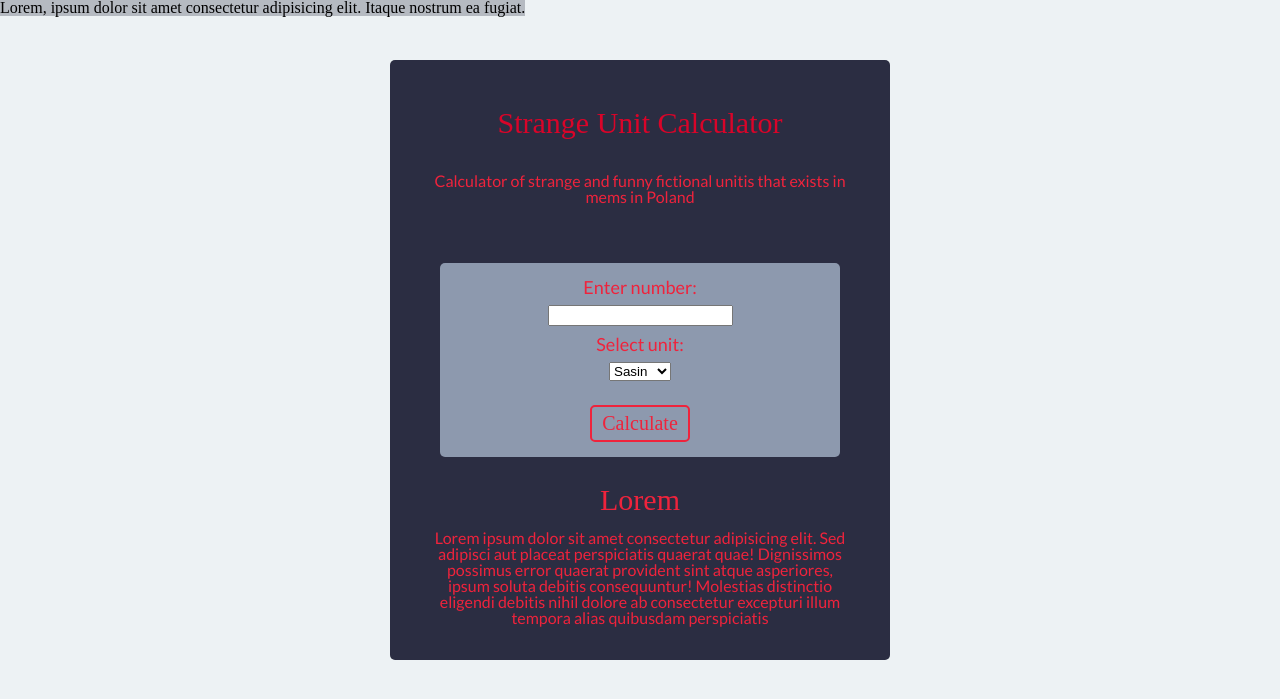
Repository: Gibon9/Calc2
Page: index.html
These files come from the project's save history. The page is drawn as it stood at one moment and after the next save; the edit follows.
The browser window is 1280 px wide. The pictures show the whole page.
Some web fonts or font styles are not loaded; a fallback is used.

Above is the page before, as saved 2020-11-25 12:28:23.

### index.html
<!DOCTYPE html>
<html lang="en">
  <head>
    <meta charset="UTF-8" />
    <meta name="viewport" content="width=device-width, initial-scale=1.0" />
    <link rel="stylesheet" href="./styles/reset.css" />
    <link rel="stylesheet" href="./styles/style.css" />
    <title>Document</title>
  </head>

  <body>
    <main class="main-content">
      <header class="header">
        <h1 class="title">Strange Unit Calculator</h1>
        <p class="descrption--text">
          Calculator of strange and funny fictional unitis that exists in mems
          in Poland
        </p>
      </header>
      <form action="" class="input-form">
        <label for="number" class="input-form--number">Enter number: </label>
        <input type="number" class="" id="number" />

        <label for="selector" class="input-form--selector">Select unit:</label>
        <select name="unit-selector" id="selector">
          <option value="sasin">Sasin</option>
          <option value="wenta">Wenta</option>
          <option value="golota">Gołota</option>
        </select>

        <button class="calc-button">Calculate</button>
      </form>

      <section class="description">
        <h2 class="description--title">Lorem</h2>
        <p class="descrption--text">
          Lorem ipsum dolor sit amet consectetur adipisicing elit. Sed adipisci
          aut placeat perspiciatis quaerat quae! Dignissimos possimus error
          quaerat provident sint atque asperiores, ipsum soluta debitis
          consequuntur! Molestias distinctio eligendi debitis nihil dolore ab
          consectetur excepturi illum tempora alias quibusdam perspiciatis
        </p>
      </section>
    </main>
    <section class="score popup">
      <h2 class="score--text">
        Lorem, ipsum dolor sit amet consectetur adipisicing elit. Itaque nostrum
        ea fugiat.
      </h2>
    </section>

    <script src="./index.js"></script>
  </body>
</html>

### styles/style.css
@import url("https://fonts.googleapis.com/css2?family=Lato&family=Nerko+One&display=swap");

:root {
  --body-color: #edf2f4;
  --background-light: #8d99ae;
  --background-dark: #2b2d42;
  --text-light: #ef233c;
  --text-dark: #d90429;
}

* {
  box-sizing: border-box;
}

body {
  background-color: var(--body-color);
  display: flex;
  align-items: center;
  justify-content: center;
  width: 100vw;
  height: 100vh;
}

.title,
.description--title,
.score--text,
.calc-button {
  font-family: "Nerko One", cursive;
}

.descrption--text,
label,
option {
  font-family: "Lato", sans-serif;
}

.main-content,
.header {
  display: flex;
  flex-direction: column;
  width: 100%;
  height: 100%;
  align-items: center;
}

.main-content {
  width: 500px;
  height: 600px;
  background-color: var(--background-dark);
  border-radius: 5px;
  color: var(--text-light);
}

.header,
.input-form,
.description {
  flex: 1;
}

.header {
  justify-content: space-around;
}

.title {
  display: block;
  margin-top: 30px;
  font-size: 30px;
  color: var(--text-dark);
  text-align: center;
}

.descrption--text {
  margin: 0 40px 30px;
  text-align: center;
}

.input-form {
  display: flex;
  flex-direction: column;
  height: 100%;
  width: 400px;
  margin: 10px 0;
  justify-content: space-around;
  align-items: center;
  background-color: var(--background-light);
  border-radius: 5px;
}

.input-form--number {
  font-size: 18px;
  margin-top: 10px;
}

.input-form--selector {
  font-size: 18px;
}

.calc-button {
  cursor: pointer;
  font-size: 20px;
  border: 2px solid var(--text-light);
  border-radius: 5px;
  padding: 5px 10px;
  margin: 15px 0 10px;
  color: var(--text-light);
  background-color: transparent;
}

.calc-button:hover {
  color: var(--text-dark);
  background-color: var(--body-color);
}

.description {
  display: flex;
  flex-direction: column;
  justify-content: center;
  align-items: center;
}

.description--title {
  margin: 15px 0;
  font-size: 30px;
}

.score {
  position: absolute;
  top: 0;
  left: 0;
  display: flex;
  justify-content: center;
  align-content: center;
  background-color: rgba(43, 45, 66, 0.288);
}

.popup {
}

Loaded but not shown: styles/reset.css (common file); index.js (no stored copy; drawn as an empty file)

After the next save:
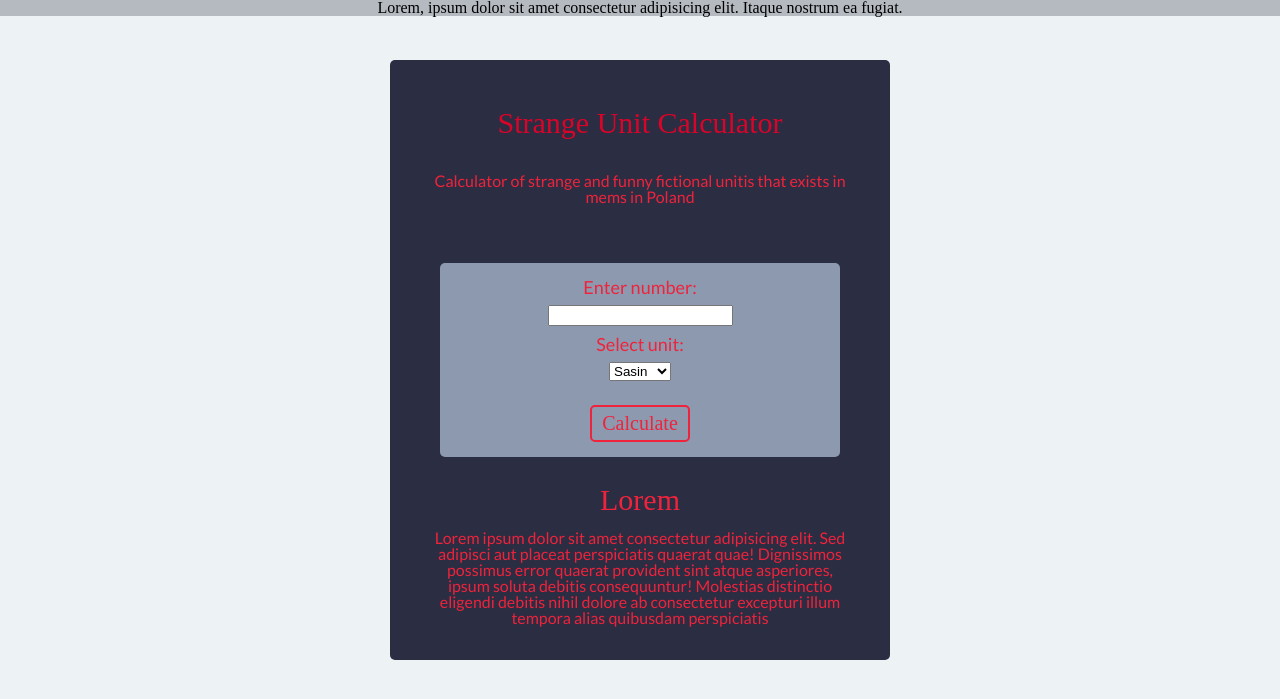
Saved 30 s later.
--- a/styles/style.css
+++ b/styles/style.css
@@ -127,6 +127,7 @@ option {
   position: absolute;
   top: 0;
   left: 0;
+  width: 100vw;
   display: flex;
   justify-content: center;
   align-content: center;
